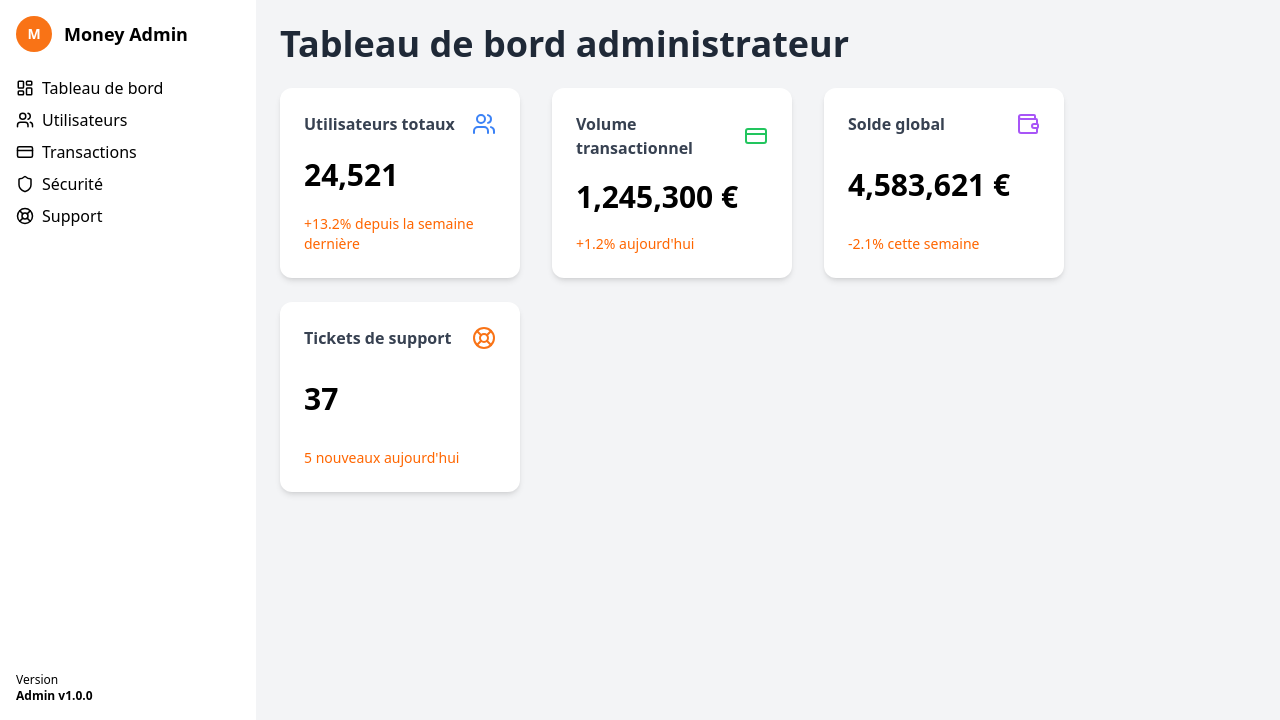
Repository: Edongo999/Dashboard
Page: /
The author's editor kept a copy of each file at every save. The page is drawn from the files as they stood at one save, then again after the next save.
The browser window is 1280 px wide. The pictures show the whole page.
The project was rebuilt for these pictures with package versions that can differ from the ones it lists, and the page was loaded fresh each time. Also part of the build but not shown: vite.config.ts.

Above is the page before, as saved 2025-10-13 13:43:44.

After the next save:
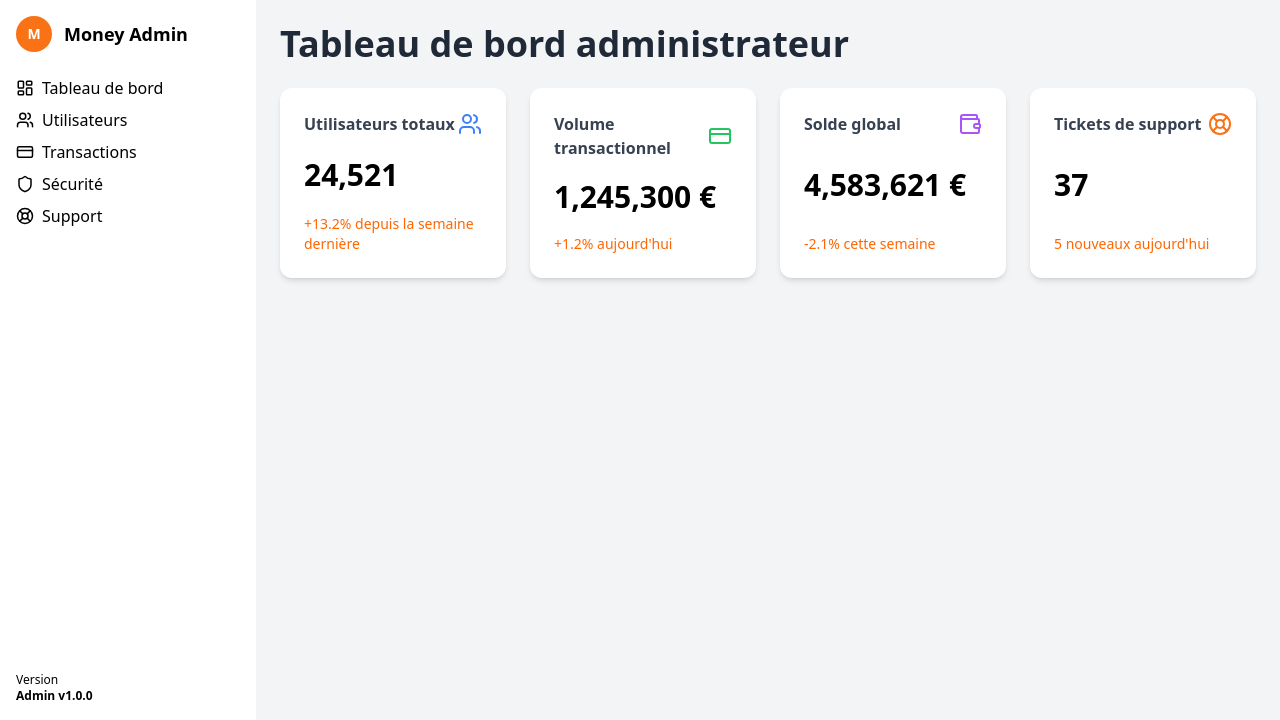
Saved 4 min 37 s later.
--- a/src/App.tsx
+++ b/src/App.tsx
@@ -48,8 +48,8 @@ const App = () => {
           Tableau de bord administrateur
         </h1>
 
-        {/* Cartes KPI bien espacées */}
-        <div className="flex flex-wrap gap-x-8 gap-y-6 mb-6">
+        {/* Cartes KPI responsive */}
+        <div className="grid grid-cols-1 sm:grid-cols-2 lg:grid-cols-4 gap-6 mb-6">
           {kpis.map((kpi, i) => (
             <StatBlock key={i} {...kpi} />
           ))}
--- a/src/components/StatBlock.tsx
+++ b/src/components/StatBlock.tsx
@@ -1,3 +1,5 @@
+import { motion } from "framer-motion"
+
 type StatBlockProps = {
   title: string
   value: string
@@ -8,9 +10,11 @@ type StatBlockProps = {
 
 const StatBlock = ({ title, value, subtext, icon, iconColor }: StatBlockProps) => {
   return (
-    <div
-      className="bg-white shadow-md p-6 rounded-[12px] flex flex-col justify-between"
-      style={{ width: "240px", height: "190px", opacity: 1 }}
+    <motion.div
+      initial={{ opacity: 0, y: 30 }}
+      animate={{ opacity: 1, y: 0 }}
+      transition={{ duration: 0.5, ease: "easeOut" }}
+      className="bg-white shadow-md p-6 rounded-[12px] flex flex-col justify-between w-full max-w-[240px] h-[190px]"
     >
       <div className="flex justify-between items-center">
         <h3 className="text-base font-semibold text-gray-700">{title}</h3>
@@ -18,7 +22,7 @@ const StatBlock = ({ title, value, subtext, icon, iconColor }: StatBlockProps) =
       </div>
       <p className="text-3xl font-bold mt-2 text-black">{value}</p>
       <p className="text-sm mt-2 text-[#FF6600] font-medium">{subtext}</p>
-    </div>
+    </motion.div>
   )
 }
 
